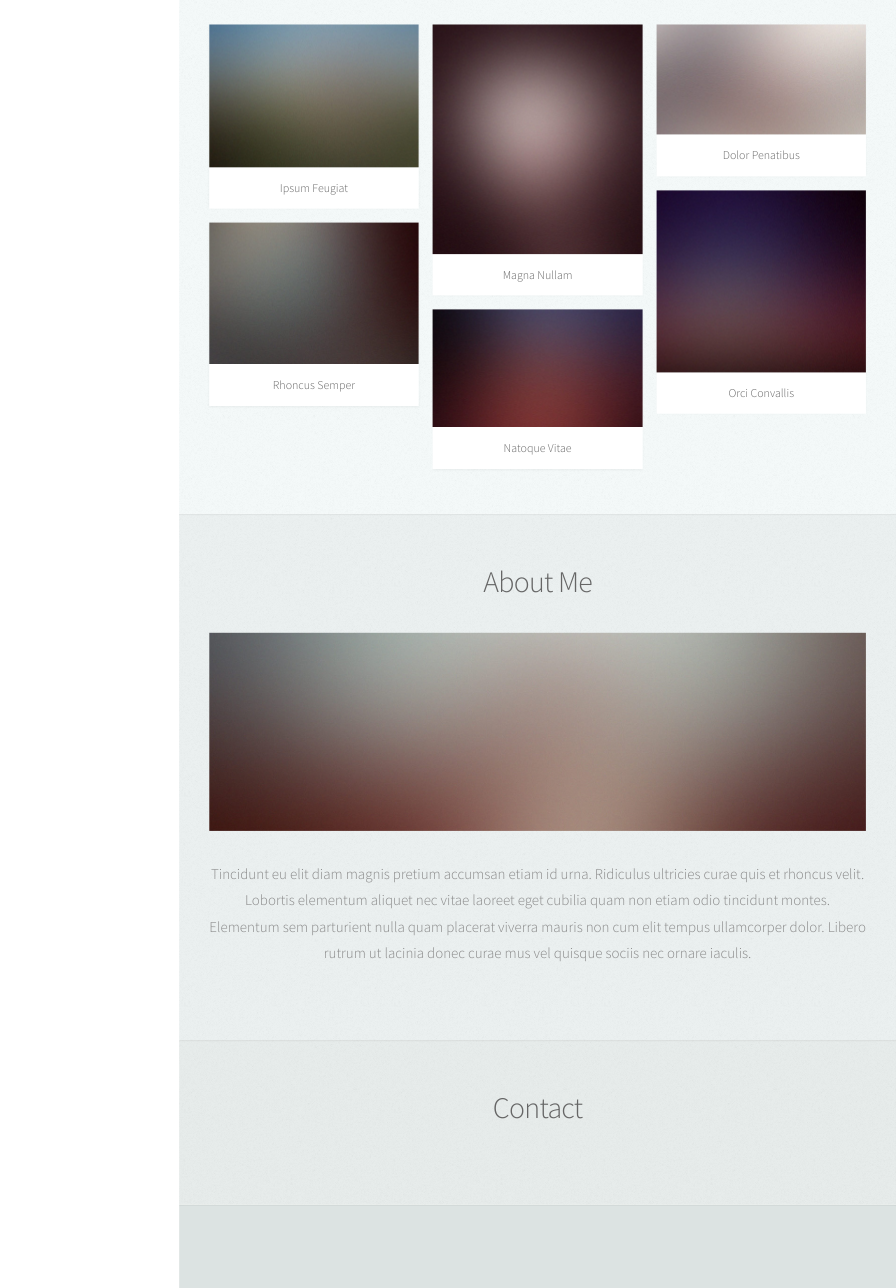
Repository: IslamInjila/new_portfolio
Page: index.html
An editor plug-in stored every save of this project. The page is shown before and after the next save, followed by the edit.
The browser window is 1280 px wide. The pictures show the part of the page from y = 840 to 2760 px (the page is 2680 px tall before and 2760 px after), at 70% of full size.

Above is the page before, as saved 2021-03-06 14:08:41.

### index.html
<!DOCTYPE HTML>
<!--
	Prologue by HTML5 UP
	html5up.net | @ajlkn
	Free for personal and commercial use under the CCA 3.0 license (html5up.net/license)
-->
<html>
	<head>
		<title>Prologue by HTML5 UP</title>
		<meta charset="utf-8" />
		<meta name="viewport" content="width=device-width, initial-scale=1, user-scalable=no" />
		<link rel="stylesheet" href="assets/css/main.css" />
	</head>
	<body class="is-preload">

		<!-- Header -->
			<div id="header">

				<div class="top">

					<!-- Logo -->
						<div id="logo">
							<span class="image avatar48"><img src="images/avatar.jpg" alt="" /></span>
							<h1 id="title">Injila Islam</h1>
							<p>Hyperspace Engineer</p>
						</div>

					<!-- Nav -->
						<nav id="nav">
							<ul>
								<li><a href="#top" id="top-link"><span class="icon solid fa-home">Intro</span></a></li>
								<li><a href="#portfolio" id="portfolio-link"><span class="icon solid fa-th">Portfolio</span></a></li>
								<li><a href="#about" id="about-link"><span class="icon solid fa-user">About Me</span></a></li>
								<li><a href="#contact" id="contact-link"><span class="icon solid fa-envelope">Contact</span></a></li>
							</ul>
						</nav>

				</div>

				<div class="bottom">

					<!-- Social Icons -->
						<ul class="icons">
							<li><a href="#" class="icon brands fa-twitter"><span class="label">Twitter</span></a></li>
							<li><a href="#" class="icon brands fa-facebook-f"><span class="label">Facebook</span></a></li>
							<li><a href="#" class="icon brands fa-github"><span class="label">Github</span></a></li>
							<li><a href="#" class="icon brands fa-dribbble"><span class="label">Dribbble</span></a></li>
							<li><a href="#" class="icon solid fa-envelope"><span class="label">Email</span></a></li>
						</ul>

				</div>

			</div>

		<!-- Main -->
			<div id="main">

				<!-- Intro -->
					<section id="top" class="one dark cover">
						<div class="container">

							<header>
								<h2 class="alt">Hi! I'm <strong>Prologue</strong>, a <a href="http://html5up.net/license">free</a> responsive<br />
								site template designed by <a href="http://html5up.net">HTML5 UP</a>.</h2>
								<p>Ligula scelerisque justo sem accumsan diam quis<br />
								vitae natoque dictum sollicitudin elementum.</p>
							</header>

							<footer>
								<a href="#portfolio" class="button scrolly">Magna Aliquam</a>
							</footer>

						</div>
					</section>

				<!-- Portfolio -->
					<section id="portfolio" class="two">
						<div class="container">

							<header>
								<h2>Portfolio</h2>
							</header>

							<p>Vitae natoque dictum etiam semper magnis enim feugiat convallis convallis
							egestas rhoncus ridiculus in quis risus amet curabitur tempor orci penatibus.
							Tellus erat mauris ipsum fermentum etiam vivamus eget. Nunc nibh morbi quis
							fusce hendrerit lacus ridiculus.</p>

							<div class="row">
								<div class="col-4 col-12-mobile">
									<article class="item">
										<a href="#" class="image fit"><img src="images/pic02.jpg" alt="" /></a>
										<header>
											<h3>Ipsum Feugiat</h3>
										</header>
									</article>
									<article class="item">
										<a href="#" class="image fit"><img src="images/pic03.jpg" alt="" /></a>
										<header>
											<h3>Rhoncus Semper</h3>
										</header>
									</article>
								</div>
								<div class="col-4 col-12-mobile">
									<article class="item">
										<a href="#" class="image fit"><img src="images/pic04.jpg" alt="" /></a>
										<header>
											<h3>Magna Nullam</h3>
										</header>
									</article>
									<article class="item">
										<a href="#" class="image fit"><img src="images/pic05.jpg" alt="" /></a>
										<header>
											<h3>Natoque Vitae</h3>
										</header>
									</article>
								</div>
								<div class="col-4 col-12-mobile">
									<article class="item">
										<a href="#" class="image fit"><img src="images/pic06.jpg" alt="" /></a>
										<header>
											<h3>Dolor Penatibus</h3>
										</header>
									</article>
									<article class="item">
										<a href="#" class="image fit"><img src="images/pic07.jpg" alt="" /></a>
										<header>
											<h3>Orci Convallis</h3>
										</header>
									</article>
								</div>
							</div>

						</div>
					</section>

				<!-- About Me -->
					<section id="about" class="three">
						<div class="container">

							<header>
								<h2>About Me</h2>
							</header>

							<a href="#" class="image featured"><img src="images/pic08.jpg" alt="" /></a>

							<p>Tincidunt eu elit diam magnis pretium accumsan etiam id urna. Ridiculus
							ultricies curae quis et rhoncus velit. Lobortis elementum aliquet nec vitae
							laoreet eget cubilia quam non etiam odio tincidunt montes. Elementum sem
							parturient nulla quam placerat viverra mauris non cum elit tempus ullamcorper
							dolor. Libero rutrum ut lacinia donec curae mus vel quisque sociis nec
							ornare iaculis.</p>

						</div>
					</section>

				<!-- Contact -->
					<section id="contact" class="four">
						<div class="container">

							<header>
								<h2>Contact</h2>
							</header>

							<!-- <p>Elementum sem parturient nulla quam placerat viverra
							mauris non cum elit tempus ullamcorper dolor. Libero rutrum ut lacinia
							donec curae mus. Eleifend id porttitor ac ultricies lobortis sem nunc
							orci ridiculus faucibus a consectetur. Porttitor curae mauris urna mi dolor.</p> -->
<!--
							<form method="post" action="#">
								<div class="row">
									<div class="col-6 col-12-mobile"><input type="text" name="name" placeholder="Name" /></div>
									<div class="col-6 col-12-mobile"><input type="text" name="email" placeholder="Email" /></div>
									<div class="col-12">
										<textarea name="message" placeholder="Message"></textarea>
									</div>
									<div class="col-12">
										<input type="submit" value="Send Message" />
									</div>
								</div>
							</form> -->

						</div>
					</section>

			</div>

		<!-- Footer -->
			<div id="footer">

				<!-- Copyright -->
					<!-- <ul class="copyright">
						<li>&copy; Untitled. All rights reserved.</li><li>Design: <a href="http://html5up.net">HTML5 UP</a></li>
					</ul> -->

			</div>

		<!-- Scripts -->
			<script src="assets/js/jquery.min.js"></script>
			<script src="assets/js/jquery.scrolly.min.js"></script>
			<script src="assets/js/jquery.scrollex.min.js"></script>
			<script src="assets/js/browser.min.js"></script>
			<script src="assets/js/breakpoints.min.js"></script>
			<script src="assets/js/util.js"></script>
			<script src="assets/js/main.js"></script>

	</body>
</html>

Loaded but not shown: assets/css/fontawesome-all.min.css (library); assets/js/jquery.min.js (library); assets/js/jquery.scrolly.min.js (common file); assets/js/jquery.scrollex.min.js (common file); assets/js/browser.min.js (common file); assets/js/breakpoints.min.js (common file); assets/js/util.js (587 lines, source omitted); assets/js/main.js (123 lines, source omitted); assets/css/main.css (2633 lines, source omitted)

After the next save:
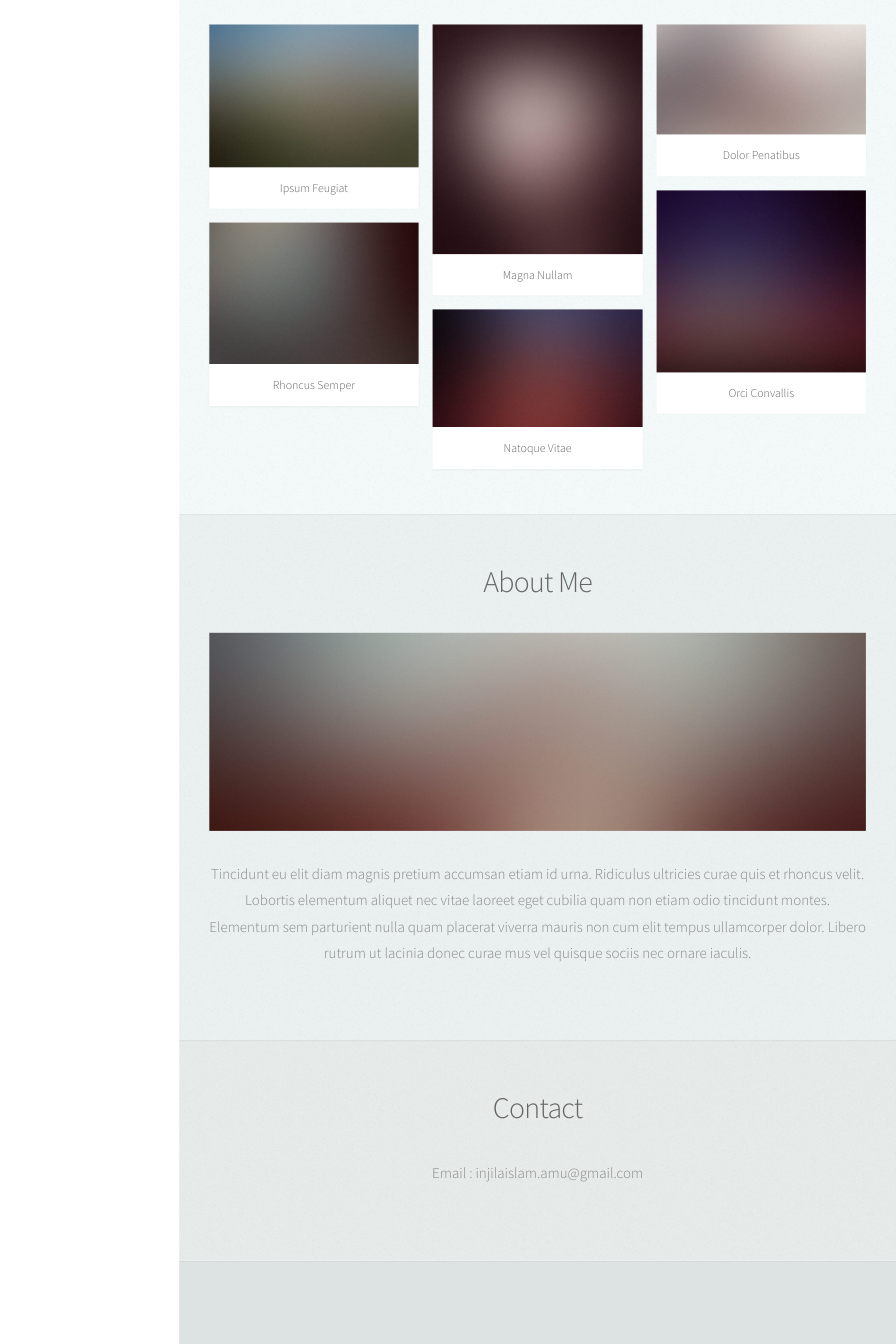
Saved 29 s later.
--- a/index.html
+++ b/index.html
@@ -161,6 +161,7 @@
 							<header>
 								<h2>Contact</h2>
 							</header>
+							<P> Email : injilaislam.amu@gmail.com</P>
 
 							<!-- <p>Elementum sem parturient nulla quam placerat viverra
 							mauris non cum elit tempus ullamcorper dolor. Libero rutrum ut lacinia
